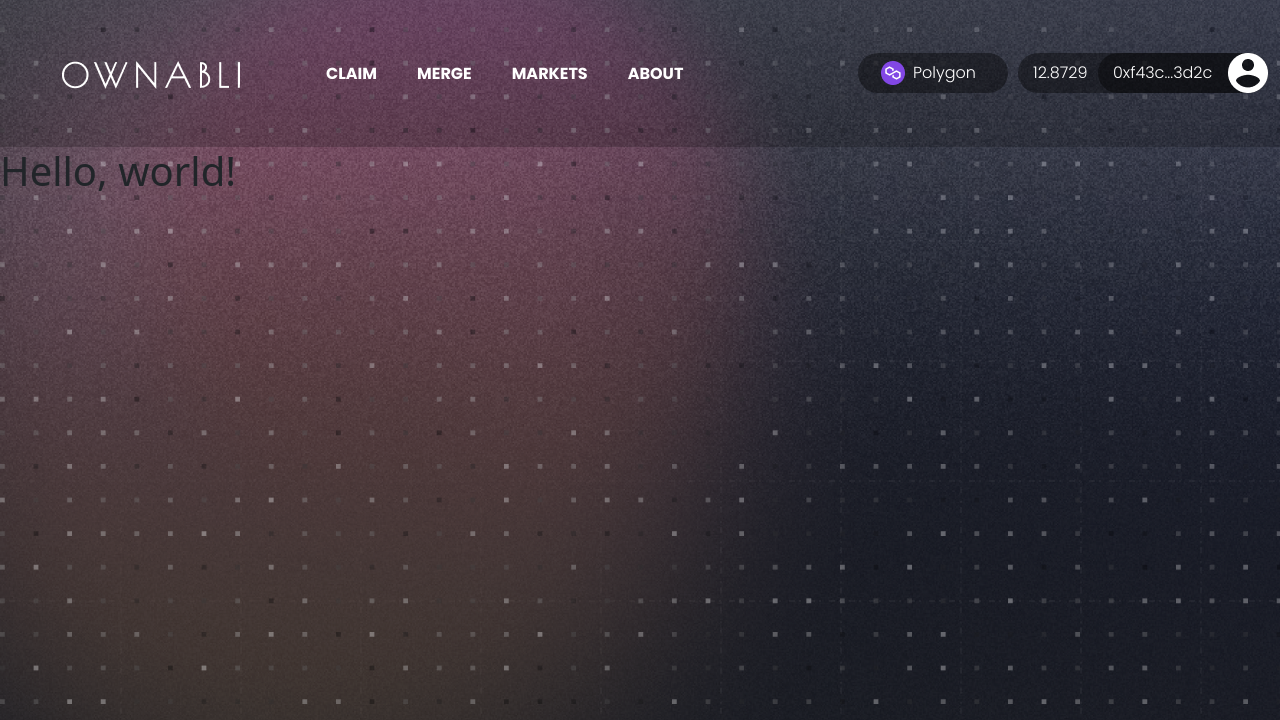
Repository: Rio-dapp/colors-nft
Page: website/index.html
The author's editor kept a copy of each file at every save. The page is drawn from the files as they stood at one save, then again after the next save.
The browser window is 1280 px wide. The pictures show the whole page.

Above is the page before, as saved 2022-04-22 17:19:06.

After the next save:
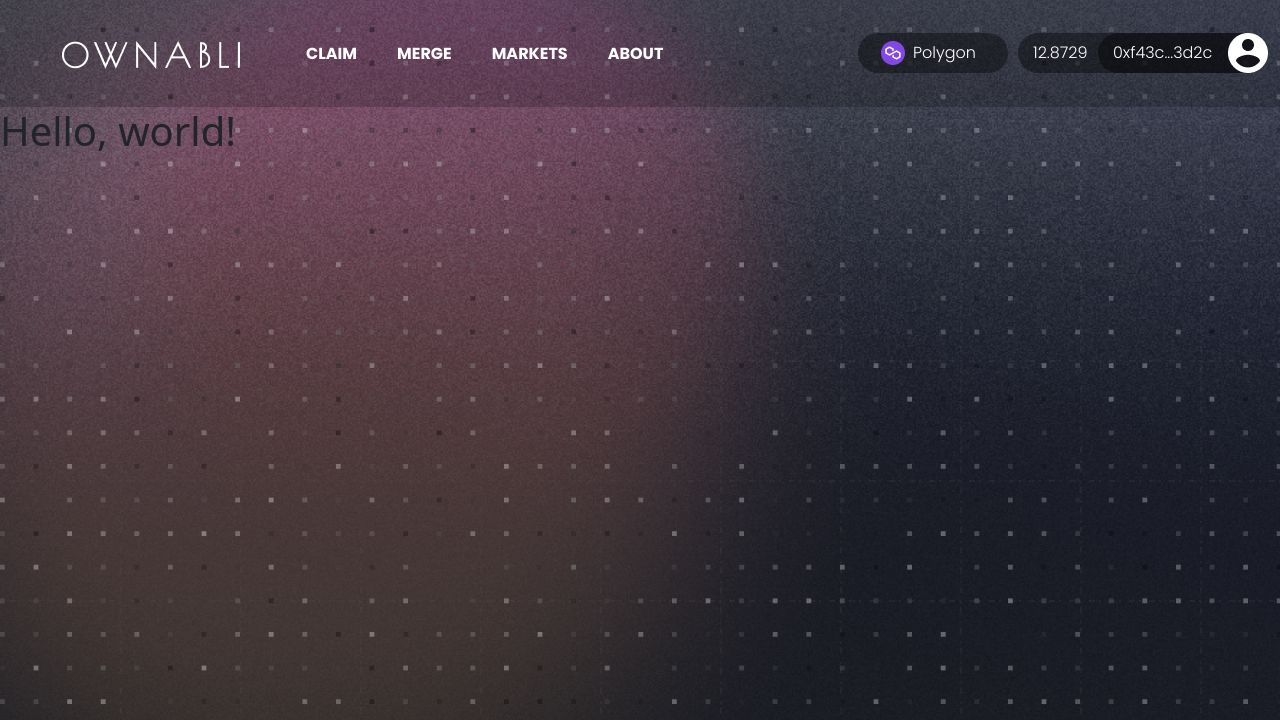
Saved 4 min 11 s later.
--- a/website/mystyle.css
+++ b/website/mystyle.css
@@ -20,7 +20,11 @@
 }
 
 .navbar-logo{
-padding: 50px;
+padding-top: 30px;
+padding-bottom: 30px;
+padding-left: 50px;
+padding-right: 30px;
+
 }
 
 .blockchain-selector {
